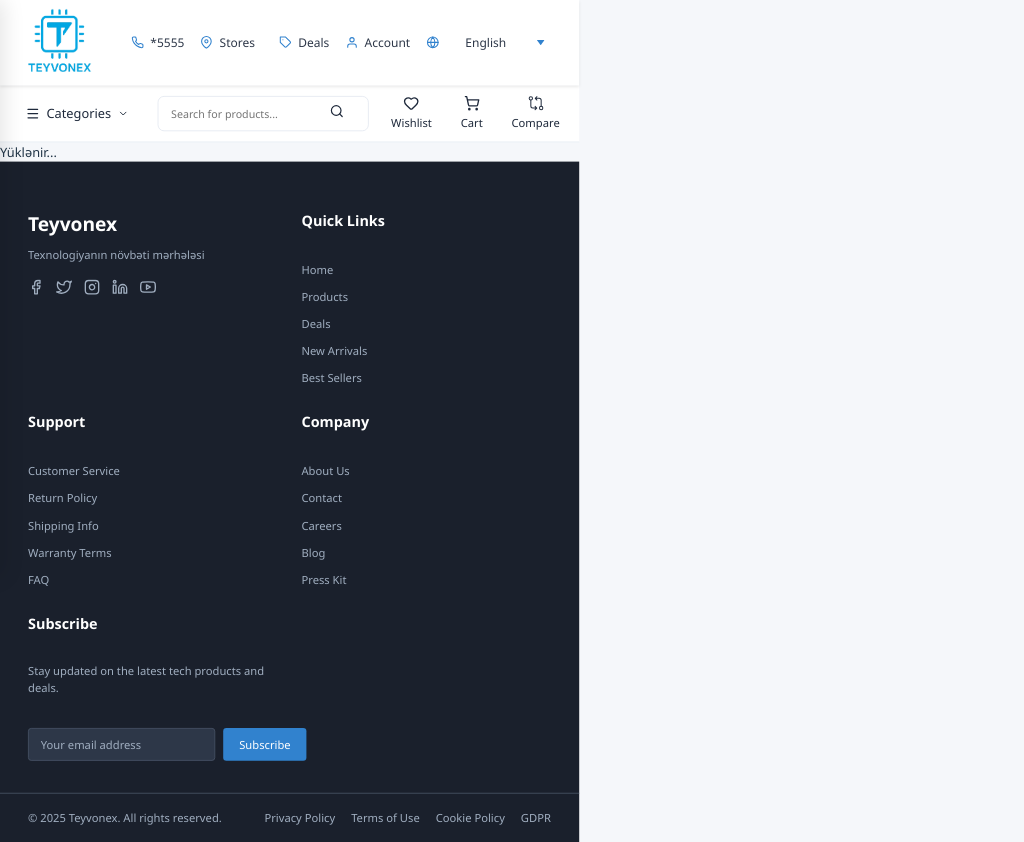
Repository: ferhadsultan98/e-commerce
Page: /compare
These files come from the project's save history. The page is drawn as it stood at one moment and after the next save; the edit follows.
The browser window is 1280 px wide. The pictures show the whole page, at 80% of full size.
The page's requests for data from a server got no answer. The project was rebuilt for these pictures with package versions that can differ from the ones it lists, and the page was loaded fresh each time. No one was signed in, and anything a server would have sent is missing. Also part of the build but not shown: vite.config.js, src/admin/Components/AdminLogin/AdminLogin.scss, src/admin/Components/AdminLogin/AdminLogin.jsx, src/client/Styles/Products.scss, src/client/Pages/Products/ProductCard.jsx, src/client/Pages/Products/Products.jsx, src/client/Styles/TechSlider.scss, src/client/Pages/TechSlider/TechSlider.jsx and 37 more.

Above is the page before, as saved 2025-04-27 16:09:39.

After the next save:
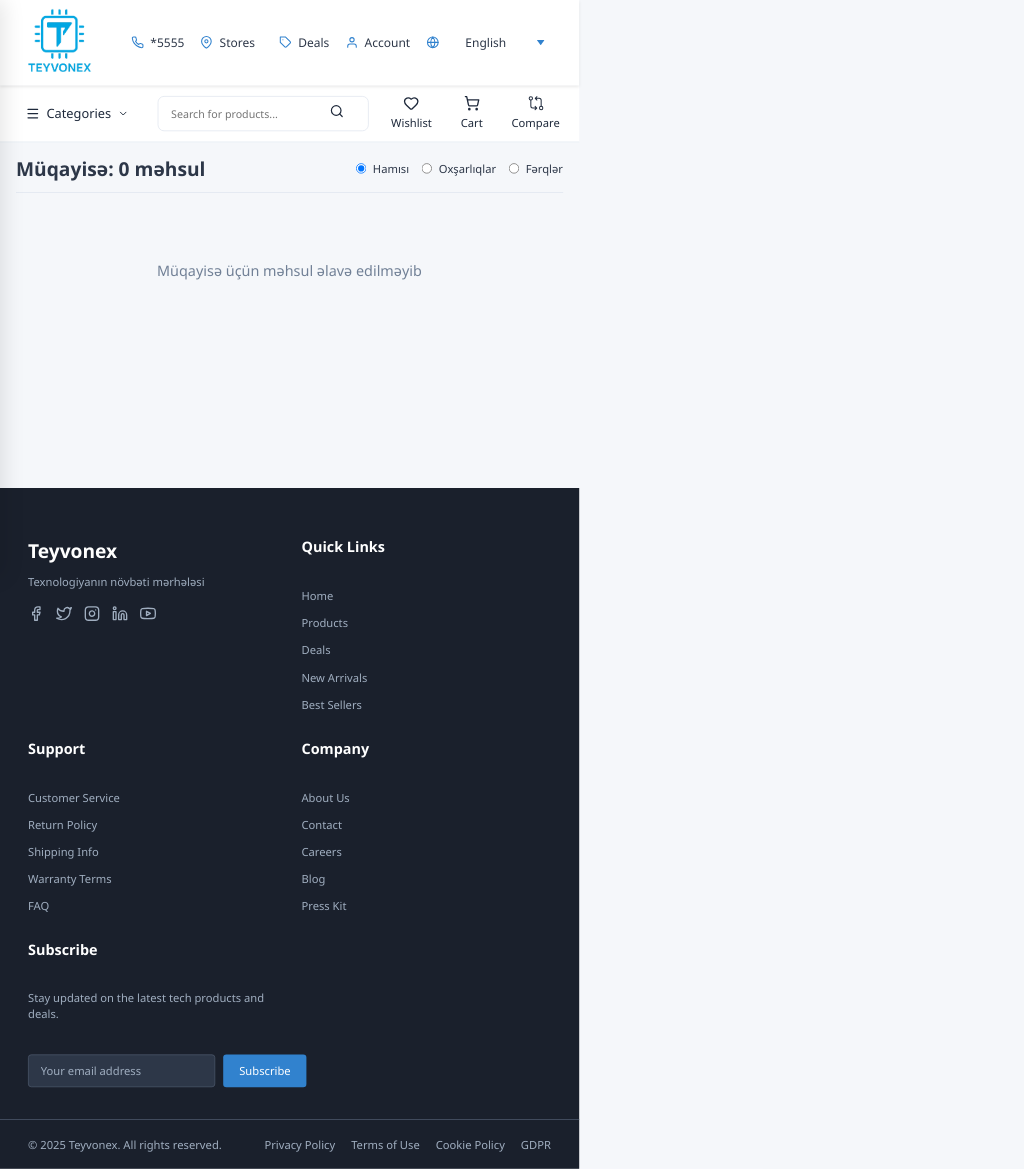
Saved 44 min 53 s later.
--- a/src/client/Pages/ComparePage/ComparePage.jsx
+++ b/src/client/Pages/ComparePage/ComparePage.jsx
@@ -128,9 +128,7 @@ const ComparePage = ({ compareItems, onRemoveFromCompare }) => {
     return false;
   });
 
-  if (loading) {
-    return <div className="loading">Yüklənir...</div>;
-  }
+
 
   const filteredCompareItems = compareItems.filter(product =>
     !selectedCategory || product.category === selectedCategory
